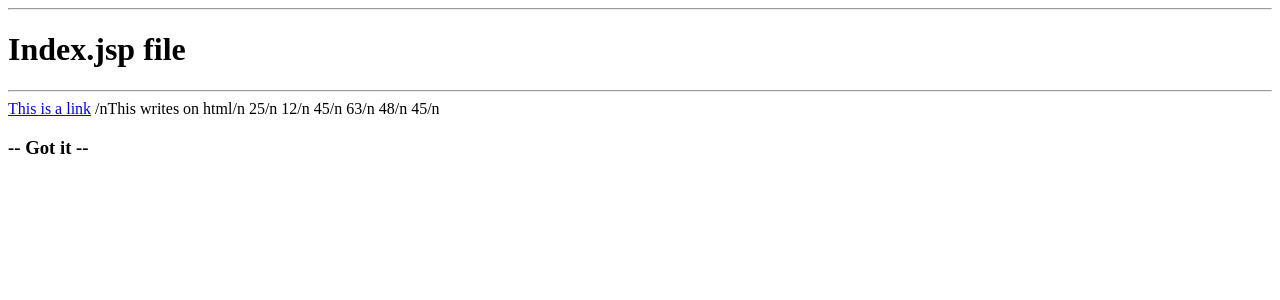
Repository: suraj-repositories/java-practice-2-advance-java-1
Page: http://localhost/Ad_09_JSPuse/
These files come from the project's save history. The page is drawn as it stood at one moment and after the next save; the edit follows.
The browser window is 1280 px wide. The pictures show the whole page.
The page is served by Tomcat 9. Other server files are loaded and not shown.

Above is the page before, as saved 2023-07-21 13:18:59.

### Ad_09_JSPuse/src/main/webapp/index.jsp
<%@ page language="java" contentType="text/html; charset=ISO-8859-1"
    pageEncoding="ISO-8859-1"%>
<!DOCTYPE html>
<html>
<head>
<meta charset="ISO-8859-1">
<title>Insert title here</title>
</head>
<body>
<hr>
<h1>Index.jsp file</h1>
<hr>
<a href="link">This is a link</a>

<!-- DECLARATION -->
<%!		// in instance level(class level)
	public int sayHello(int number){
	 	return number*2;
	}

%>

<!-- SCTIPT LIT -->
<%	// you can write java & html both in jsp file

	System.out.println("hello world");
	int i=90;
	int j=89;
	System.out.println("sum = " +(i+j));


	out.write("/nThis writes on html/n");
%>

<%
	int arr[] = new int[]{25,12,45,63,48,45};

	for(int index : arr){%>
		<%= index + "/n"%> 		<!--  initialize -->
	<%}


%>

<h3> -- Got it --</h3>
</body>
</html>

After the next save:
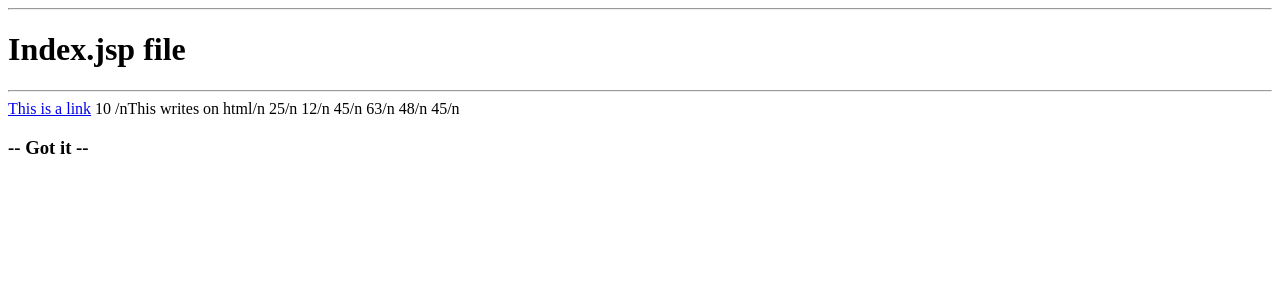
Saved 63 s later.
--- a/Ad_09_JSPuse/src/main/webapp/index.jsp
+++ b/Ad_09_JSPuse/src/main/webapp/index.jsp
@@ -19,6 +19,8 @@
 	}
 
 %>
+<%= sayHello(5) %>
+
 
 <!-- SCTIPT LIT -->
 <%	// you can write java & html both in jsp file
